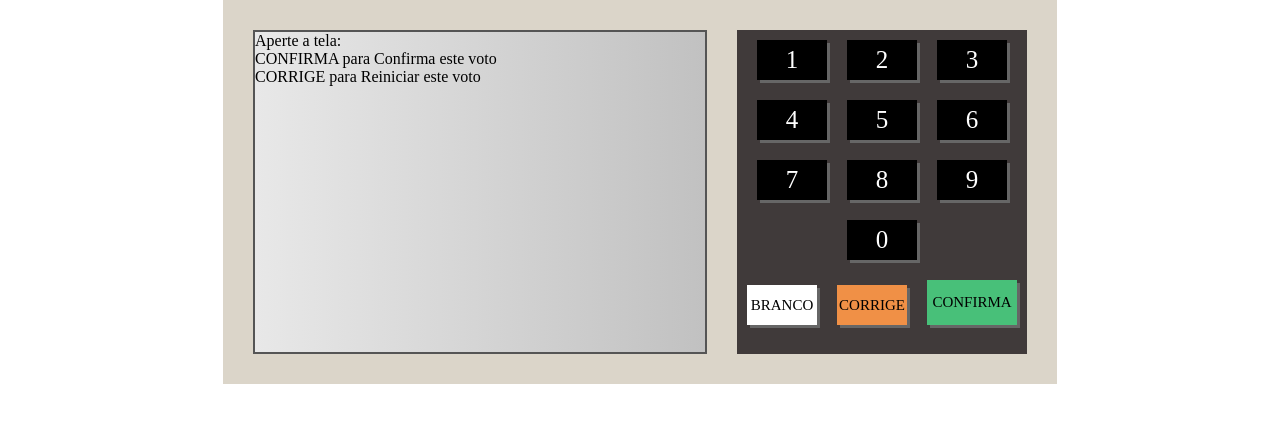
Repository: ThiagoIturra/urnaJs
Page: index.html
The author's editor kept a copy of each file at every save. The page is drawn from the files as they stood at one save, then again after the next save.
The browser window is 1280 px wide. The pictures show the whole page.

Above is the page before, as saved 2022-01-05 16:25:46.

### index.html
<!DOCTYPE html>
<html lang="pt-BR">
<header>
    <meta charset="UTF-8" />
    <meta name="viewport" content="width=device-width, initial-scale=1.0">
    <link rel="stylesheet" href="style.css">
    <title>Urna Eletrônica</title>
</header>
<body>
    <div class="urna">
        <div class="screen">
            <div class="division"></div>
            <div class="division-2">
                Aperte a tela:<br/>
                CONFIRMA para Confirma este voto<br/>
                CORRIGE para Reiniciar este voto
            </div>
        </div>
        <div class="keyboard">
            <div class="keyboard--line">
                <div class="keyboard--button">1</div>
                <div class="keyboard--button">2</div>
                <div class="keyboard--button">3</div>
            </div>
            <div class="keyboard--line">
                <div class="keyboard--button">4</div>
                <div class="keyboard--button">5</div>
                <div class="keyboard--button">6</div>
            </div>
            <div class="keyboard--line">
                <div class="keyboard--button">7</div>
                <div class="keyboard--button">8</div>
                <div class="keyboard--button">9</div>
            </div>
            <div class="keyboard--line">
                <div class="keyboard--button">0</div>
            </div>
            <div class="keyboard--line">
                <div class="keyboard--button button--branco">BRANCO</div>
                <div class="keyboard--button button--corrige">CORRIGE</div>
                <div class="keyboard--button button--confirma">CONFIRMA</div>
            </div>
        </div>
    </div>
</body>
</html>

### style.css
body {
    margin: 0;
    display: flex;
    justify-content: center;
    align-items: center;
}

.urna {
    background-color: #dbd5c9;
    padding: 30px;
    display: flex;
}

.screen {
    width: 450px;
    height: 320px;
    background: linear-gradient(to right, #e8e8e8, #c1c1c1);
    border: 2px solid #555;
}

.keyboard {
    background-color: #403A3A;
    margin-left: 30px;
}

.keyboard--line {
    display: flex;
    justify-content: center;
    align-items: flex-end;
}

.keyboard--button {
    width: 70px;
    height: 40px;
    background-color: #000;
    color: #fff;
    font-size: 25px;
    display: flex;
    justify-content: center;
    align-items: center;
    margin: 10px;
    cursor: pointer;
    box-shadow: 3px 3px 0px #666;
}

.button--branco {
    background-color: #fff;
    color: #000;
    font-size: 15px;
    cursor: pointer;
}

.button--corrige {
    background-color: #f09046;
    color: #000;
    font-size: 15px;
    cursor: pointer;
}

.button--confirma {
    background-color: #48c079;
    color: #000;
    font-size: 15px;
    cursor: pointer;
    width: 90px;
    height: 45px;
}

After the next save:
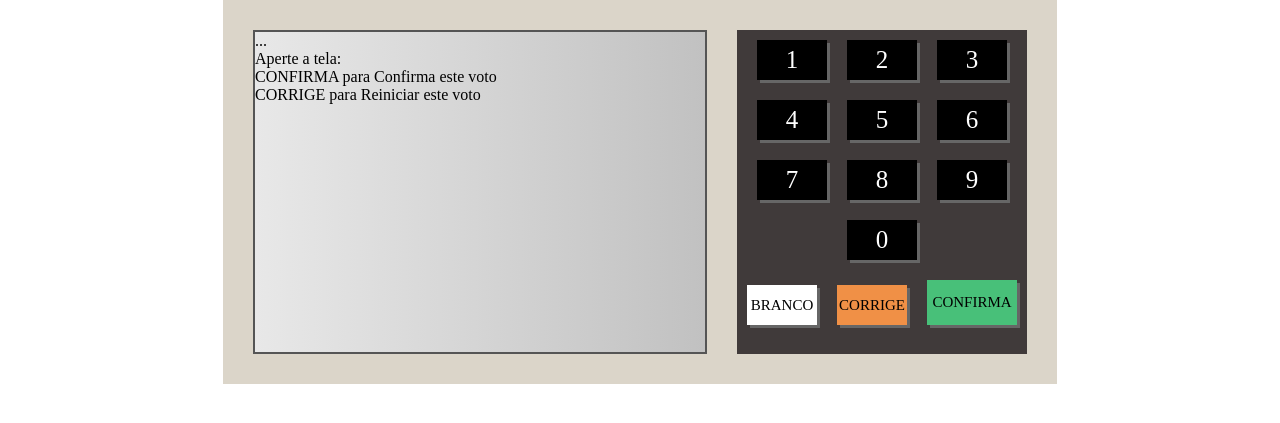
Saved 9 s later.
--- a/index.html
+++ b/index.html
@@ -9,7 +9,7 @@
 <body>
     <div class="urna">
         <div class="screen">
-            <div class="division"></div>
+            <div class="division">...</div>
             <div class="division-2">
                 Aperte a tela:<br/>
                 CONFIRMA para Confirma este voto<br/>
